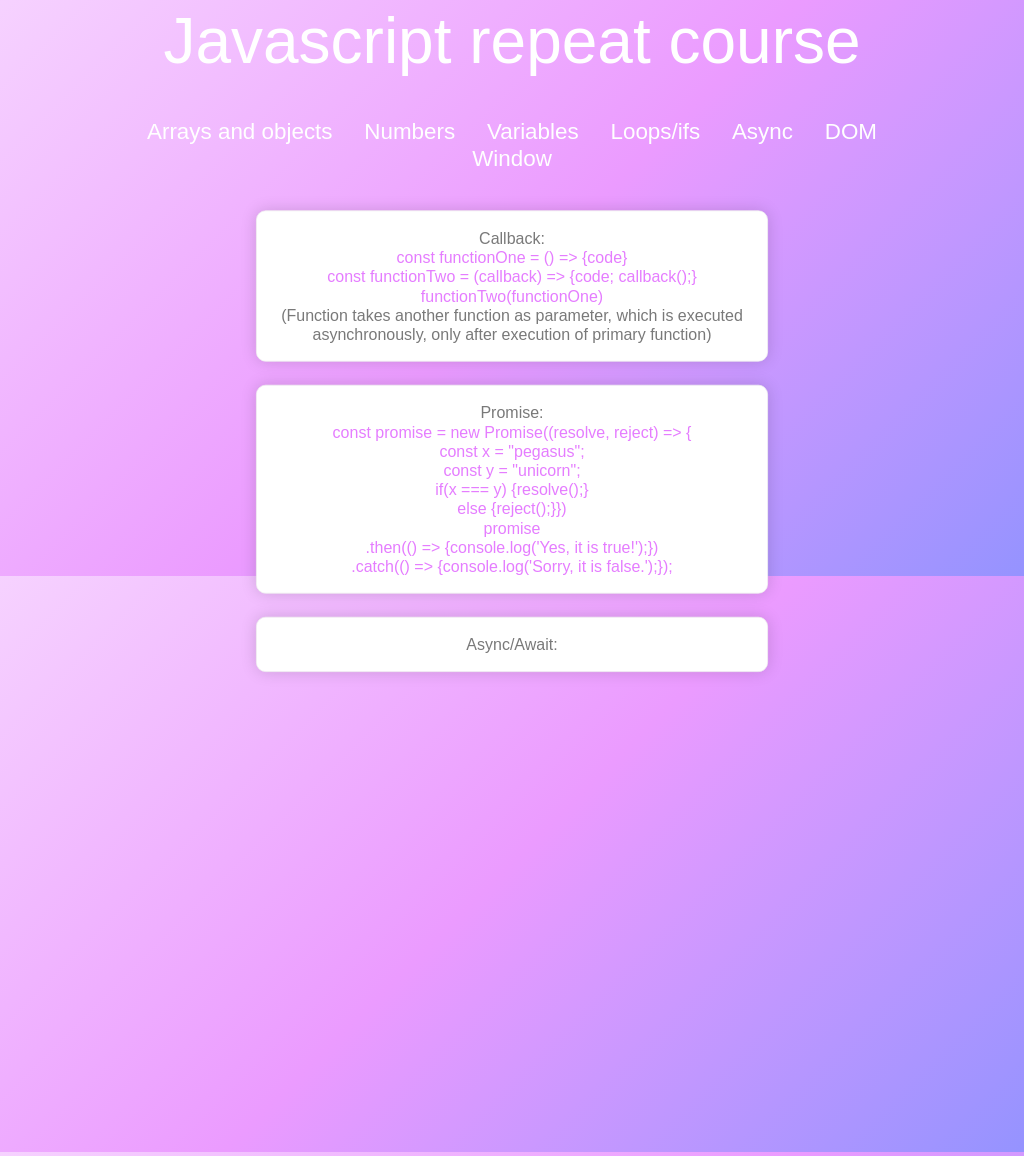
Repository: michalgornicki/javascript
Page: /#/Async
An editor plug-in stored every save of this project. The page is shown before and after a run of saves, followed by the edit.
The browser window is 1280 px wide. The pictures show the whole page, at 80% of full size.
Backgrounds fixed to the window are drawn as part of the page. The project was rebuilt for these pictures with package versions that can differ from the ones it lists, and the page was loaded fresh each time. Also part of the build but not shown: src/index.css, src/components/arrays.jsx, src/components/variables.jsx, src/components/numbers.jsx, src/components/loops.jsx, src/components/DOM manipulation.jsx, src/components/window.jsx.

Above is the page before, as saved 2022-02-04 12:41:18.

After the next 2 saves:
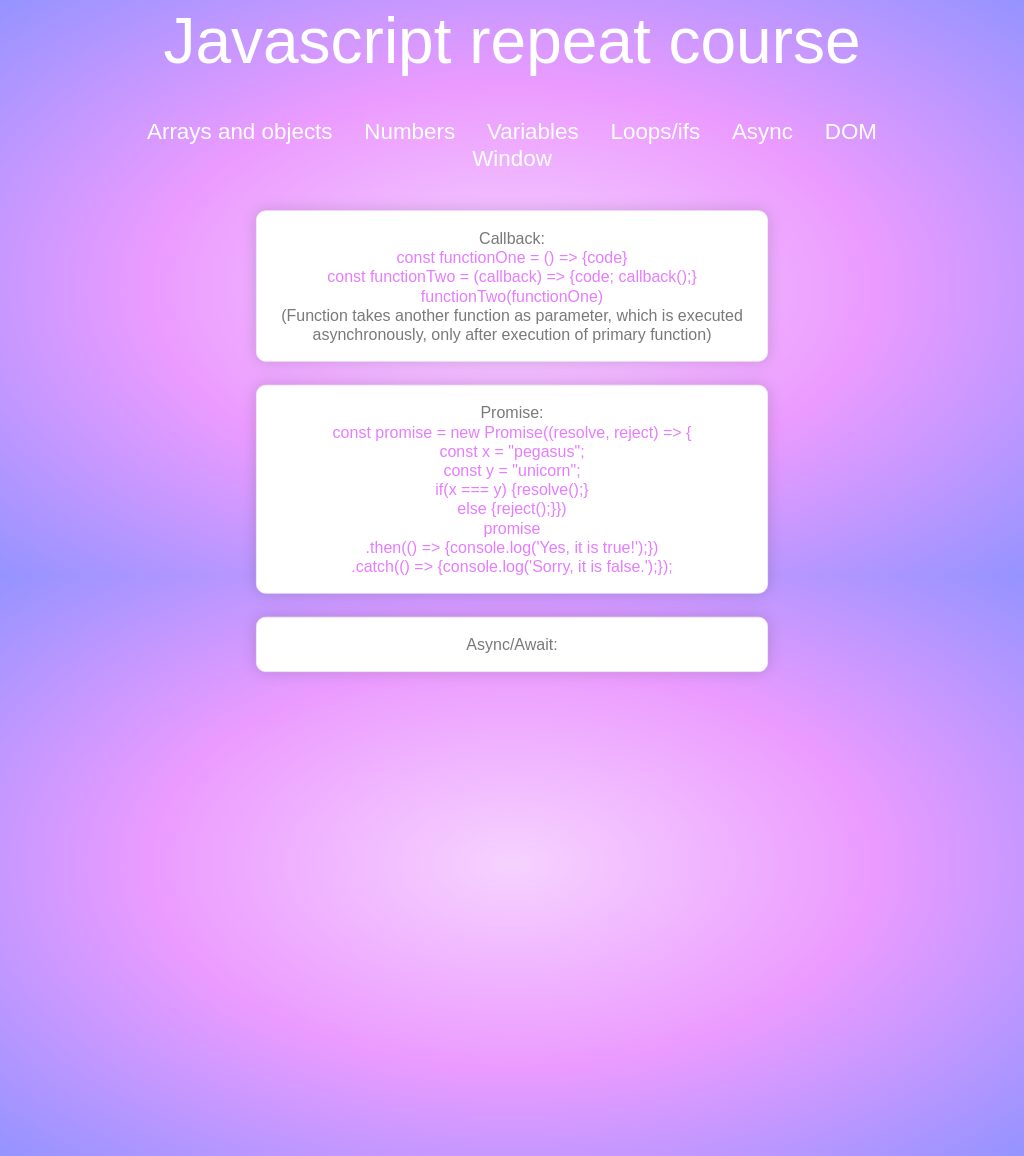
The 2 saves are shown as one change because they came seconds apart.
The last was saved 15 s later.
--- a/src/App.css
+++ b/src/App.css
@@ -3,7 +3,7 @@ body{
     overflow-x: hidden;
     padding-bottom: 80vh;
     height: auto;
-    background: linear-gradient(135deg, rgb(246, 210, 255), rgb(235, 155, 255), rgb(149, 147, 255));
+    background: radial-gradient( rgb(246, 210, 255), rgb(235, 155, 255), rgb(149, 147, 255));
     background-attachment: fixed;
 }
 
